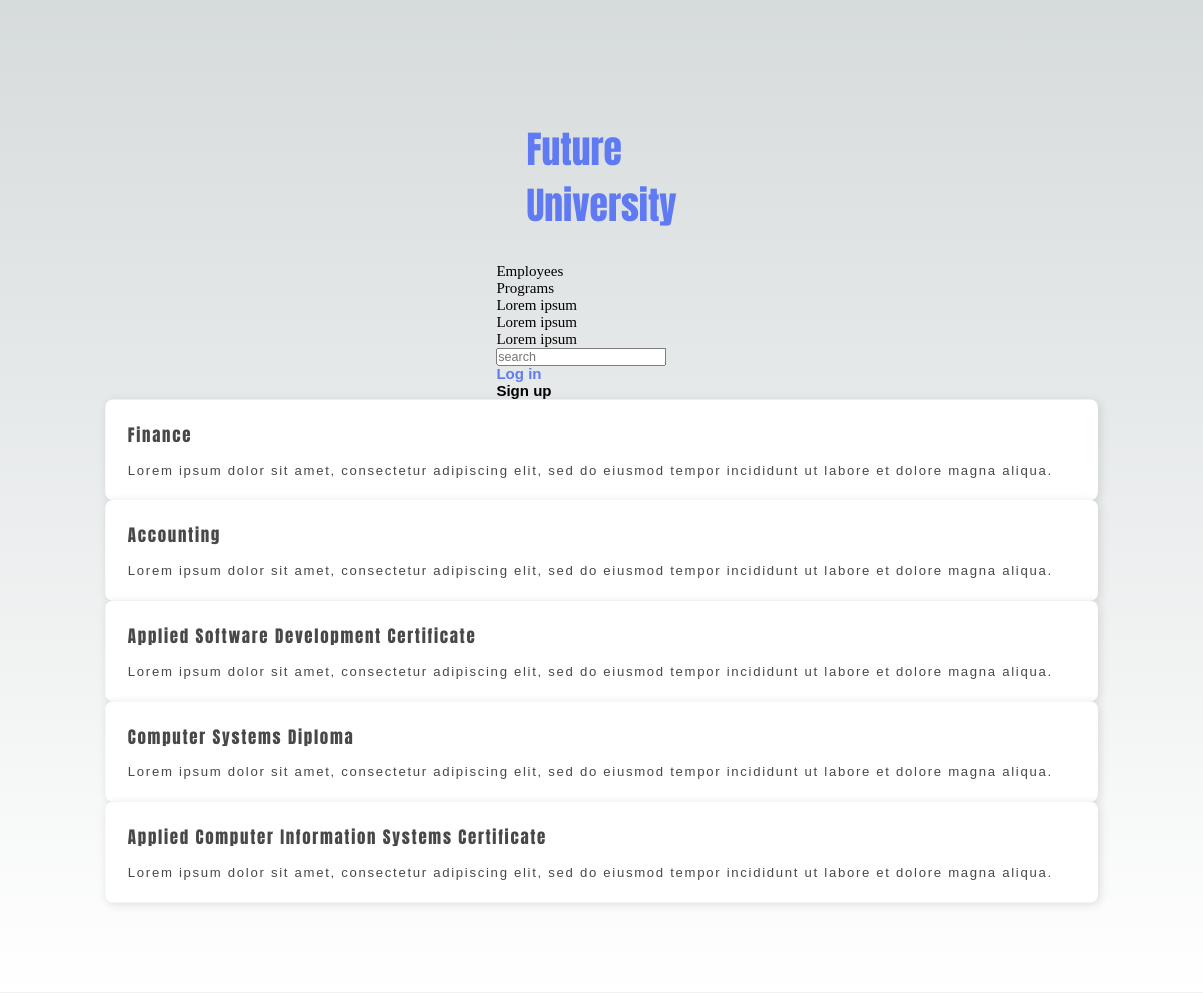
Repository: giovanabirck/class03-vercel-test
Page: /
These files come from the project's save history. The page is drawn as it stood at one moment and after a run of saves; the edit follows.
The browser window is 1280 px wide. The pictures show the whole page, at 94% of full size.
The project was rebuilt for these pictures with package versions that can differ from the ones it lists, and the page was loaded fresh each time. The framework's server and built-in components were replaced by stand-ins that run in the browser. Also part of the build but not shown: next.config.js, components/CardPrograms/CardPrograms.module.css.

Above is the page before, as saved 2023-01-28 21:23:42.

### pages/index.js
import Head from 'next/head'
import Image from 'next/image'
import { Inter } from '@next/font/google'
import styles from '../styles/Home.module.css'
import data from '../data/education.json'
import { useState } from 'react'
import CardPrograms from '../components/CardPrograms'
import Link from 'next/link'
import MenuPrograms from '../components/MenuPrograms'

const inter = Inter({ subsets: ['latin'] })

export default function Home() {

  console.log(data);
  const [information, setInformation] = useState([...data]);


  return (
    <>
      <Head>
        <title>Programs</title>
        <meta name="description" content="Generated by create next app" />
        <meta name="viewport" content="width=device-width, initial-scale=1" />
        <link rel="icon" href="/favicon.ico" />
      </Head>

      <main className={styles.main}>
        <MenuPrograms/>
        {
          information && information.map((info, index) => {
              return(
                <div key={index}>
                  <CardPrograms
                    key={index}
                    degree={info.degree}
                    department={info.department}
                  />
                </div>
              )
            }
          )
        }

      </main>

    </>
  )
}

### data/education.json
[
    {
        "studentNumber": "A0004567",
        "firstName": "Person 1",
        "gpa": 3.8,
        "department": "Business",
        "degree": "Finance",
        "graduted": 2014
    },
    {
        "studentNumber": "A0001234",
        "firstName": "Person 2",
        "gpa": 3.5,
        "department": "Business",
        "degree": "Accounting",
        "graduted": 2010
    },
    {
        "studentNumber": "A0007890",
        "firstName": "Person 3",
        "gpa": 3.2,
        "department": "Computing",
        "degree": "Applied Software Development Certificate",
        "graduted": 2018
    },
    {
        "studentNumber": "A0007828",
        "firstName": "Person 4",
        "gpa": 3.9,
        "department": "Computing",
        "degree": "Computer Systems Diploma",
        "graduted": 2021
    },
    {
        "studentNumber": "A0003425",
        "firstName": "Person 5",
        "gpa": 3.2,
        "department": "Computing",
        "degree": "Applied Computer Information Systems Certificate",
        "graduted": 2021
    }
]

### components/CardPrograms/index.js
import styles from './CardPrograms.module.css';

export default function CardPrograms({
    degree="none",
}) {

    return(
        <div style={{
            backgroundColor: "white",
            padding: "24px",
            fontFamily: "Impact",
            color: "#484848",
            fontSize: "18px",
            letterSpacing: "0.1em",
            display: "flex",
            flexDirection: "column",
            alignContent: "space-between",
            borderRadius: "8px",
            boxShadow: "2px 2px 10px rgb(100, 100, 100, 0.2)"
        }}>
            {degree}
            <br></br>
            <p style={{
                fontFamily: "arial",
                color: "#484848",
                fontSize: "14px",
                padding: "16px 24px 0px 0px"
            }}
            >Lorem ipsum dolor sit amet, consectetur adipiscing elit, sed do eiusmod tempor incididunt ut labore et dolore magna aliqua.</p>
        </div>
    )
}

### components/MenuPrograms/index.js
import styles from 'MenuPrograms.module.css'

export default function MenuPrograms() {
    return(
        <>
        <div className="top-menu">

            <h1>Future<br></br>University</h1>

            <a href="about">Employees</a>
            <p className="top-menu-programs">Programs</p>
            <p>Lorem ipsum</p>
            <p>Lorem ipsum</p>
            <p>Lorem ipsum</p>

            <input placeholder="search"></input>

            <h2 style={{
                        fontFamily: "Arial",
                        fontWeight: "bold",
                        fontSize: "16px",
                        color: "#5F7AF2",
                        padding: "0px"
                }}>Log in
            </h2>

            <h2 style={{
                        fontFamily: "Arial",
                        fontWeight: "bold",
                        fontSize: "16px",
                        padding: "0px 32px 0px 0px"
                }}>Sign up
            </h2>

            </div>
        </>
    )
}

### components/MenuPrograms/MenuPrograms.module.css

.top-menu{
    font-family: Arial, Helvetica, sans-serif;
    font-weight: bold;
    font-size: 16px;
    color: #A8A8A8;
    background-color: white;
    width: 100%;
    height: 20%;
    display: flex;
    align-items: center;
    justify-content: space-between
}

h1 {
    font-family: Impact, Haettenschweiler, 'Arial Narrow Bold', sans-serif;
    font-size: 40px;
    color: #5F7AF2;
    padding: 32px
}

.top-menu-programs {
    padding: 16px;
    color: #5F7AF2
}

.input {
    font-family: Arial, Helvetica, sans-serif;
    font-size: 14px;
    color: #5F7AF2;
    padding: 12px;
    border: solid 2px #5F7AF2;
    border-radius: 8px;
    width: 20%;
    margin: 24px
}

.h2 {
    font-family: Arial, Helvetica, sans-serif;
    font-weight: bold;
    font-size: 16px;
    color: #5F7AF2;
    padding: 0px
}

Loaded but not shown: pages/_app.js (common file); pages/_document.js (common file); styles/globals.css (common file); styles/Home.module.css (common file)

After the next 2 saves:
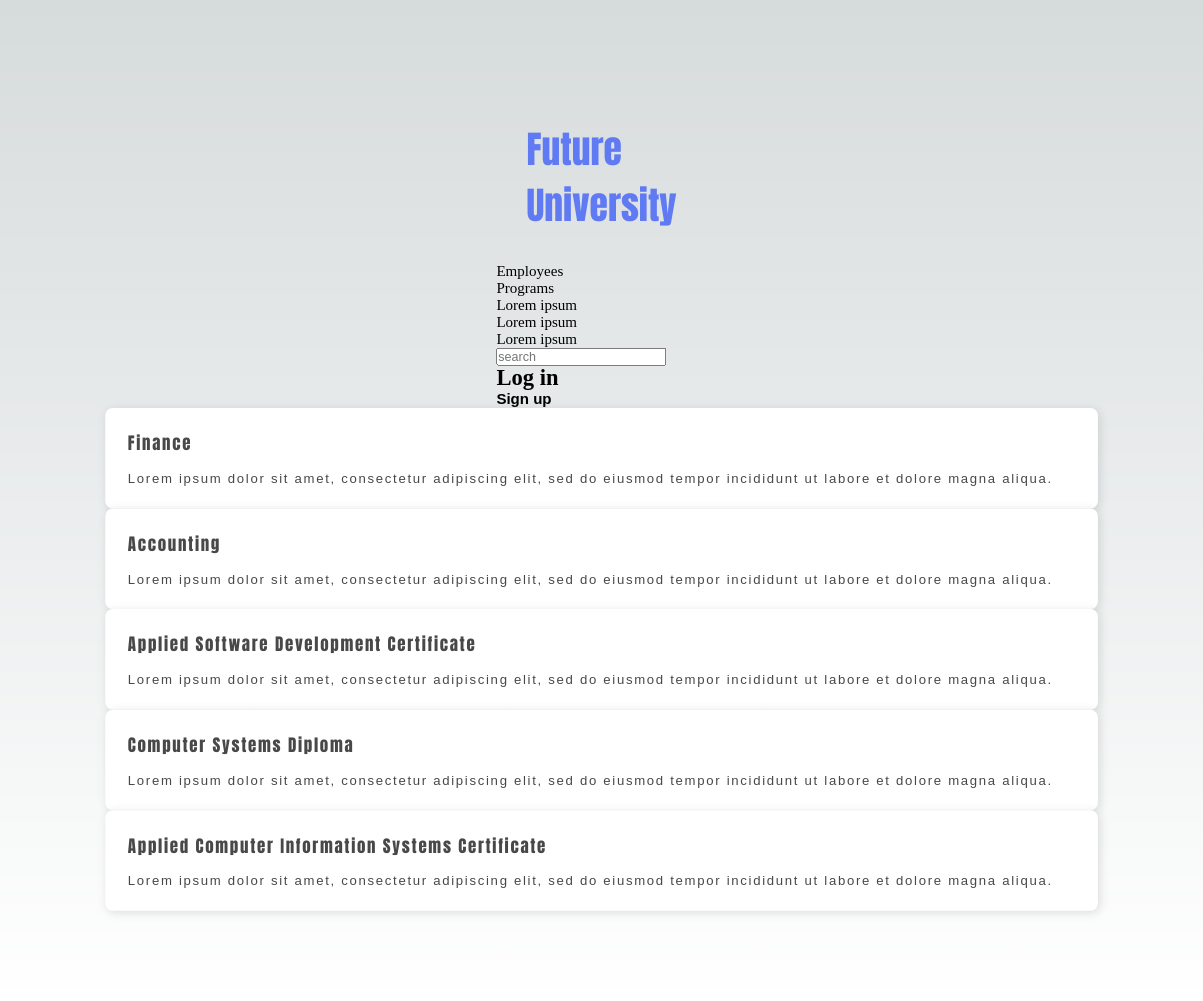
The 2 saves are shown as one change because they came seconds apart.
The last was saved 11 s later.
--- a/components/MenuPrograms/index.js
+++ b/components/MenuPrograms/index.js
@@ -15,14 +15,7 @@ export default function MenuPrograms() {
 
             <input placeholder="search"></input>
 
-            <h2 style={{
-                        fontFamily: "Arial",
-                        fontWeight: "bold",
-                        fontSize: "16px",
-                        color: "#5F7AF2",
-                        padding: "0px"
-                }}>Log in
-            </h2>
+            <h2>Log in</h2>
 
             <h2 style={{
                         fontFamily: "Arial",
